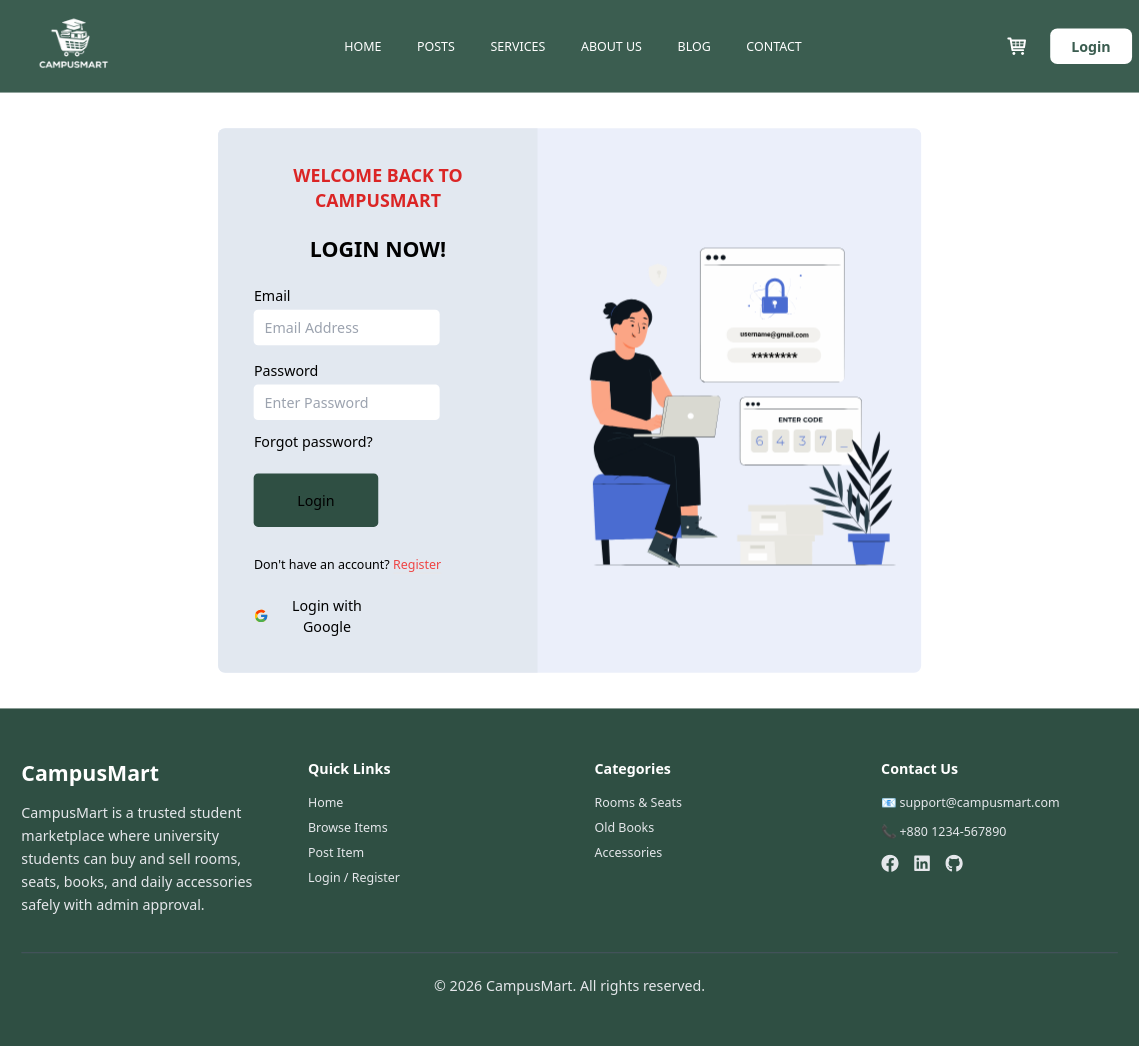
Repository: jahidhasanri/CAMPUSMART
Page: /login
The author's editor kept a copy of each file at every save. The page is drawn from the files as they stood at one save, then again after the next save.
The browser window is 1280 px wide. The pictures show the whole page, at 89% of full size.
The project was rebuilt for these pictures with package versions that can differ from the ones it lists, and the page was loaded fresh each time. Also part of the build but not shown: vite.config.js, src/components/Banner.jsx, src/Pages/Home.jsx, src/Pages/Register.jsx.

Above is the page before, as saved 2026-01-13 23:23:29.

### index.html
<!doctype html>
<html lang="en">
  <head>
    <meta charset="UTF-8" />
    <link rel="icon" type="image/svg+xml" href="/vite.svg" />
    <meta name="viewport" content="width=device-width, initial-scale=1.0" />
    <title>campusmart</title>
  </head>
  <body>
    <div id="root"></div>
    <script type="module" src="/src/main.jsx"></script>
  </body>
</html>

### src/main.jsx
import { StrictMode } from 'react'
import { createRoot } from 'react-dom/client'
import './index.css'
import { RouterProvider } from 'react-router-dom'
import Router from './router/Router.jsx'


createRoot(document.getElementById('root')).render(
  <StrictMode>
    <RouterProvider router={Router} />
  </StrictMode>,
)

### src/router/Router.jsx
import { createBrowserRouter } from "react-router-dom";
import Home from "../Pages/Home.jsx";
import Main from "../components/Main.jsx";
import Login from "../Pages/Login.jsx";
import Register from "../Pages/Register.jsx";


const Router = createBrowserRouter([
  {
    path: "/",
    element: <Main></Main>,
    children:[
        {
            index:true,
            element:<Home></Home>
        },
        {
          path:"/login",
          element:<Login></Login>
        },
        {
          path:"/register",
          element:<Register></Register>
        }
    ]
  },
]);

export default Router;

### src/components/Main.jsx
import React from 'react';
import { Outlet } from 'react-router-dom';
import Navbar from './Navbar';
import Footer from './Footer';

const Main = () => {
    return (
        <div className=''>
            <Navbar></Navbar>
            <div className="min-h-[calc(100vh-422px)]">

            <Outlet></Outlet>
            </div>
            <Footer></Footer>
        </div>
    );
};

export default Main;

### src/Pages/Login.jsx

import { FcGoogle } from 'react-icons/fc';
import { Link, } from 'react-router-dom';
// import { AuthContext } from '../Provider/AuthProvider';
// import { toast } from 'react-toastify';
// import axios from 'axios';
import loginAnimation from '../json/Login.json'
import Lottie from 'lottie-react';

const Login = () => {
//   const { handleLoginwithEmail,handleLoginWithGoogle } = useContext(AuthContext);
//   const navigate = useNavigate();
//   const location = useLocation();

//   const from = location.state?.from?.pathname || '/';

//   const handelLogin = (e) => {
//     e.preventDefault();
//     const email = e.target.email.value;
//     const password = e.target.password.value;
//     console.log(email,password);
//     handleLoginwithEmail(email, password)
//       .then((result) => {
//         if (result?.user) {
//           toast.success('Login successful!');
//           setTimeout(() => {
//             navigate(from, { replace: true });
//           }, 1000);
//         } else {
//           toast.error('Login failed: User not found!');
//         }
//       })
//       .catch((error) => {
//         console.error('Error:', error);
//         toast.error(`Login failed: ${error.message}`);
//       });
//   };

//   const handelLoginwithGoogle = ()=>{
//     handleLoginWithGoogle()
//    .then((result) => {
//       if ( result?.user?.photoURL) {
//         console.log(result?.user.photoURL);
//         toast.success('Login with Google successful!');
//         const userInfo = {
//           name: result?.user?.displayName,
//           email: result?.user?.email,
//           image: result?.user?.photoURL
//         };

//         axios.post("https://resturent-management-server-three.vercel.app/users", userInfo)
//           .then(res => {
//             console.log("User saved to DB:");
//           })
//           .catch(err => {
//             console.error("DB Save Error:", err);
//           });

//         setTimeout(() => {
//           navigate(from, { replace: true });
//         }, 1000);
//       } else {
//         toast.error('Google login failed!');
//       }
//     })
//     .catch((error) => {
//       console.error('Google Login Error:', error);
//       toast.error(`Google login failed: ${error.message}`);
//     });
//   }

  return (
   <div className="container mx-auto lg:w-8/12 my-10 px-4 sm:px-6 md:px-8">
  <div className="flex flex-col lg:flex-row xl:flex-row items-center gap-6 bg-[#ebeffa] rounded-lg overflow-hidden">

     {/* Form */}
    <div className="w-full lg:w-1/2 xl:w-1/2 p-4 sm:p-6 md:p-10 mr-3 bg-slate-200 flex flex-col justify-center">
      <h1 className="text-2xl sm:text-xl text-[#db2525] font-bold text-center mb-6">WELCOME BACK TO CAMPUSMART</h1>
      <h3 className="text-3xl sm:text-2xl font-bold text-center mb-6">LOGIN NOW!</h3>
      <form className="flex flex-col gap-4">
        <div className=" w-full">
          <div>
            <label className="label ">
            <span className="label-text font-medium mb-1">Email</span>
          </label>
          </div>
          <div>
            <input
            type="email"
            name="email"
            placeholder="Email Address"
            className="input input-bordered w-full h-10 mt-1 rounded-[5px] pl-3 lg:w-9/12 bg-white border-gray-300"
            required
          />
          </div>
        </div>

        <div className=" w-full">
          <div>
          <label className="label">
            <span className="label-text font-medium mb-1">Password</span>
          </label>
          </div>
          <div>
          <input
            type="password"
            name="password"
            placeholder="Enter Password"
            className="input input-bordered w-full h-10 mt-1 mb-3 rounded-[5px] pl-3 lg:w-9/12 bg-white border-gray-300 "
            required
          />
          </div>
          <label className="label">
            <Link to="/forgetpassword" className="label-text-alt link link-hover mt-2">
              Forgot password?
            </Link>
          </label>
        </div>

        <button className="btn bg-[#2f4f43] h-[60px] rounded-[5px] w-full mt-2 sm:w-3/4 md:w-2/3 lg:w-1/2 xl:w-1/2 ">Login</button>

        <p className=" mt-4 text-sm">
          Don't have an account?{' '}
          <Link to="/register" className="text-red-500 border-b-2">
            Register
          </Link>
        </p>
      </form>

      {/* Google Login */}
      <div className="mt-6 w-full flex ">
        <button
        //   onClick={handelLoginwithGoogle}
          className="btn btn-p flex items-center justify-center gap-2 w-full sm:w-3/4 md:w-2/3 lg:w-1/2 xl:w-1/2"
        >
          <FcGoogle size={20} /> <span>Login with Google</span>
        </button>
      </div>
    </div>

    {/* Image */}
   <div className="w-full lg:w-1/2 xl:w-1/2 flex justify-center items-center p-4">
          <Lottie animationData={loginAnimation} loop={true} style={{ width: 500, height: 400 }} />
        </div>


  </div>
</div>

  );
};

export default Login;

### src/components/Category.jsx
/* eslint-disable no-unused-vars */

import { motion } from "framer-motion";
import { FaHome, FaBook, FaShoppingBag } from "react-icons/fa";

const categories = [
  {
    title: "Rooms & Seats",
    desc: "Find or rent rooms and seats near your campus easily.",
    icon: <FaHome />,
  },
  {
    title: "Old Books",
    desc: "Buy and sell previous semester books at affordable prices.",
    icon: <FaBook />,
  },
  {
    title: "Accessories",
    desc: "Daily student essentials like bags, calculators, gadgets & more.",
    icon: <FaShoppingBag />,
  },
];

const fadeUp = {
  hidden: { opacity: 0, y: 60 },
  visible: {
    opacity: 1,
    y: 0,
    transition: {
      duration: 0.7,
      ease: "easeOut",
    },
  },
};

const Categories = () => {
  return (
    <section className="py-20 bg-[#f5f7f6]">
      <div className="max-w-[1300px] mx-auto px-6">

        {/* TITLE */}
        <motion.div
          variants={fadeUp}
          initial="hidden"
          whileInView="visible"
          viewport={{ once: true }}
          className="text-center mb-16"
        >
          <h2 className="text-3xl md:text-4xl font-bold text-gray-800 mb-4">
            Browse by Category
          </h2>
          <p className="text-gray-600 max-w-xl mx-auto">
            Explore categories specially designed for university students.
          </p>
        </motion.div>

        {/* CARDS */}
        <div className="grid grid-cols-1 md:grid-cols-2 lg:grid-cols-3 gap-10">
          {categories.map((item, index) => (
            <motion.div
              key={index}
              variants={fadeUp}
              initial="hidden"
              whileInView="visible"
              viewport={{ once: true }}
              transition={{ delay: index * 0.15 }}
              className="bg-white rounded-2xl p-8 shadow-md hover:shadow-lg transition-shadow duration-300"
            >
              <div className="text-4xl text-[#3b5d50] mb-6">
                {item.icon}
              </div>

              <h3 className="text-xl font-semibold text-gray-800 mb-3">
                {item.title}
              </h3>

              <p className="text-gray-600 text-sm leading-relaxed">
                {item.desc}
              </p>
            </motion.div>
          ))}
        </div>

      </div>
    </section>
  );
};

export default Categories;

### src/components/HowItWorks.jsx
/* eslint-disable no-unused-vars */
import { useState } from "react";
import { motion, AnimatePresence } from "framer-motion";
import { FaUserPlus, FaUpload, FaCheckCircle, FaHandshake, FaSearch, FaInfoCircle, FaPhone, FaShoppingCart } from "react-icons/fa";

const sellerSteps = [
  { id: 1, icon: <FaUserPlus />, title: "Register / Login", desc: "Create your student account to start selling rooms, books, or accessories." },
  { id: 2, icon: <FaUpload />, title: "Post Your Item", desc: "Add rooms, books, seats, or accessories for sale, submit for admin approval." },
  { id: 3, icon: <FaCheckCircle />, title: "Admin Approval", desc: "Admin reviews and approves your post before it goes live." },
  { id: 4, icon: <FaHandshake />, title: "Connect & Deal", desc: "Once approved, buyers can contact you to complete the transaction safely." },
];

const buyerSteps = [
  { id: 1, icon: <FaSearch />, title: "Browse Items", desc: "Explore available rooms, books, and accessories inside your campus." },
  { id: 2, icon: <FaInfoCircle />, title: "Check Details", desc: "See post info, price, location, and ensure it is admin approved." },
  { id: 3, icon: <FaPhone />, title: "Connect With Seller", desc: "Contact the seller safely to negotiate or ask questions." },
  { id: 4, icon: <FaShoppingCart />, title: "Buy / Rent", desc: "Complete the transaction and enjoy your new item." },
];

const fadeUp = {
  hidden: { opacity: 0, y: 60 },
  visible: { opacity: 1, y: 0, transition: { duration: 0.7, ease: "easeOut" } },
};

const HowItWorks = () => {
  const [activeTab, setActiveTab] = useState("seller");

  const steps = activeTab === "seller" ? sellerSteps : buyerSteps;

  return (
    <section className="py-20 bg-white">
      <div className="max-w-[1300px] mx-auto px-6">

        {/* SECTION TITLE + TAB */}
        <motion.div
          variants={fadeUp}
          initial="hidden"
          whileInView="visible"
          viewport={{ once: true }}
          className="text-center mb-12"
        >
          <h2 className="text-3xl md:text-4xl font-bold text-gray-800 mb-4">
            How CampusMart Works
          </h2>
          <p className="text-gray-600 max-w-xl mx-auto">
            Simple steps for both sellers and buyers inside your university community.
          </p>

          {/* Tabs */}
          <div className="flex justify-center gap-6 mt-6">
            <button
              className={`px-5 py-2 rounded-full font-semibold ${activeTab === "seller" ? "bg-[#3b5d50] text-white" : "bg-gray-200 text-gray-800"}`}
              onClick={() => setActiveTab("seller")}
            >
              Seller
            </button>
            <button
              className={`px-5 py-2 rounded-full font-semibold ${activeTab === "buyer" ? "bg-[#3b5d50] text-white" : "bg-gray-200 text-gray-800"}`}
              onClick={() => setActiveTab("buyer")}
            >
              Buyer
            </button>
          </div>
        </motion.div>

        {/* Steps Grid */}
        <div className="grid grid-cols-1 md:grid-cols-2 lg:grid-cols-4 gap-10">
          <AnimatePresence mode="wait">
            {steps.map((step, index) => (
              <motion.div
                key={step.id}
                variants={fadeUp}
                initial="hidden"
                whileInView="visible"
                exit={{ opacity: 0, y: 40, transition: { duration: 0.3 } }}
                viewport={{ once: true }}
                transition={{ delay: index * 0.15 }}
                className="bg-[#f5f7f6] p-8 rounded-2xl shadow-md hover:shadow-lg transition-shadow duration-300 text-center"
              >
                <div className="text-5xl text-[#3b5d50] mb-6">{step.icon}</div>
                <h3 className="text-xl font-semibold text-gray-800 mb-3">{step.title}</h3>
                <p className="text-gray-600 text-sm leading-relaxed">{step.desc}</p>
              </motion.div>
            ))}
          </AnimatePresence>
        </div>
      </div>
    </section>
  );
};

export default HowItWorks;

### src/components/Navbar.jsx

import { useState } from "react";
import { Link } from "react-router-dom";
import { TiShoppingCart } from "react-icons/ti";
import { HiMenuAlt3, HiX } from "react-icons/hi";

const Navbar = () => {
  const [menuOpen, setMenuOpen] = useState(false);

  const navLinks = [
    { name: "HOME", path: "/" },
    { name: "POSTS", path: "/products" },
    { name: "SERVICES", path: "/services" },
    { name: "ABOUT US", path: "/about" },
    { name: "BLOG", path: "/blog" },
    { name: "CONTACT", path: "/contact" },
  ];

  return (
    <header className="bg-[#3b5d50] text-white">
      <div className="max-w-[1300px]  mx-auto px-2 py-5">
        <div className="flex items-center justify-between h-16">

          {/* Logo */}
         <Link href={'/'}>
          <img src="/images/campu_logo-removebg-preview.png" className="w-[150px] h-26" alt="Green Nest Logo" />
         </Link>

          {/* Desktop Menu (lg only) */}
          <ul className="hidden lg:flex gap-10 font-normal text-sm">
            {navLinks.map((link) => {
              return (
                <li key={link.path}>
                  <Link
                    href={link.path}
                    className={`pb-1 transition-all duration-300`}
                  >
                    {link.name}
                  </Link>
                </li>
              );
            })}
          </ul>

          {/* Cart + Login (md and up) */}
          <Link href={'/login'} className="hidden md:flex items-center gap-6">
            <TiShoppingCart
              size={26}
              className="cursor-pointer hover:text-[#5a8139]"
            />
            <Link to={'/login'} className="bg-white text-[#3b5d50] px-6 py-2 rounded-lg font-semibold hover:bg-gray-200 transition">
                Login
              </Link>
          </Link>

          {/* Hamburger (md & sm only) */}
          <div className="lg:hidden">
            <button onClick={() => setMenuOpen(!menuOpen)}>
              {menuOpen ? <HiX size={28} /> : <HiMenuAlt3 size={28} />}
            </button>
          </div>
        </div>

        {/* Mobile + Tablet Menu */}
        {menuOpen && (
          <div className="lg:hidden mt-4">
            <ul className="flex flex-col gap-4 font-medium">
              {navLinks.map((link) => {
                return (
                  <li key={link.path}>
                    <Link
                      href={link.path}
                      onClick={() => setMenuOpen(false)}
                      className={`block pb-1`}
                    >
                      {link.name}
                    </Link>
                  </li>
                );
              })}
            </ul>

                <Link href={'/login'} className=" md:hidden items-center gap-6">
            <TiShoppingCart
              size={26}
              className="cursor-pointer mb-5 mt-5 hover:text-[#5a8139]"
            />
            <button className="bg-[#5a8139] mb-5 hover:bg-[#5b8139d7] px-4 py-1.5 cursor-pointer rounded">
              Login
            </button>
          </Link>

          </div>
        )}
      </div>
    </header>
  );
};

export default Navbar;

### src/components/Footer.jsx
import { FaFacebook, FaLinkedin, FaGithub } from "react-icons/fa";

const Footer = () => {
  return (
    <footer className="bg-[#2f4f43] text-gray-200">
      <div className="max-w-[1300px] mx-auto px-6 py-14">
        <div className=" grid grid-cols-1 md:grid-cols-2 lg:grid-cols-4 gap-14">

          {/* BRAND */}
          <div className="">
            <h2 className="text-2xl font-bold text-white mb-4">
              CampusMart
            </h2>
            <p className="text-[16px] leading-relaxed">
              CampusMart is a trusted student marketplace where university
              students can buy and sell rooms, seats, books, and daily
              accessories safely with admin approval.
            </p>
          </div>

          {/* QUICK LINKS */}
          <div>
            <h3 className="text-[16px] font-semibold text-white mb-4">
              Quick Links
            </h3>
            <ul className="space-y-2 text-sm">
              <li className="hover:text-white cursor-pointer">Home</li>
              <li className="hover:text-white cursor-pointer">Browse Items</li>
              <li className="hover:text-white cursor-pointer">Post Item</li>
              <li className="hover:text-white cursor-pointer">Login / Register</li>
            </ul>
          </div>

          {/* CATEGORIES */}
          <div>
            <h3 className="text-[16px] font-semibold text-white mb-4">
              Categories
            </h3>
            <ul className="space-y-2 text-sm">
              <li className="hover:text-white cursor-pointer">Rooms & Seats</li>
              <li className="hover:text-white cursor-pointer">Old Books</li>
              <li className="hover:text-white cursor-pointer">Accessories</li>
            </ul>
          </div>

          {/* CONTACT */}
          <div>
            <h3 className="text-[16px] font-semibold text-white mb-4">
              Contact Us
            </h3>
            <p className="text-sm mb-3">📧 support@campusmart.com</p>
            <p className="text-sm mb-4">📞 +880 1234-567890</p>

            <div className="flex gap-4 text-xl">
              <FaFacebook className="hover:text-white cursor-pointer" />
              <FaLinkedin className="hover:text-white cursor-pointer" />
              <FaGithub className="hover:text-white cursor-pointer" />
            </div>
          </div>

        </div>

        {/* BOTTOM */}
        <div className="border-t border-gray-600 mt-10 pt-6 text-center text-[16px]">
          © {new Date().getFullYear()} CampusMart. All rights reserved.
        </div>
      </div>
    </footer>
  );
};

export default Footer;

Loaded but not shown: src/index.css (common file); src/json/Login.json (common file); tailwind.config.js (common file)

After the next save:
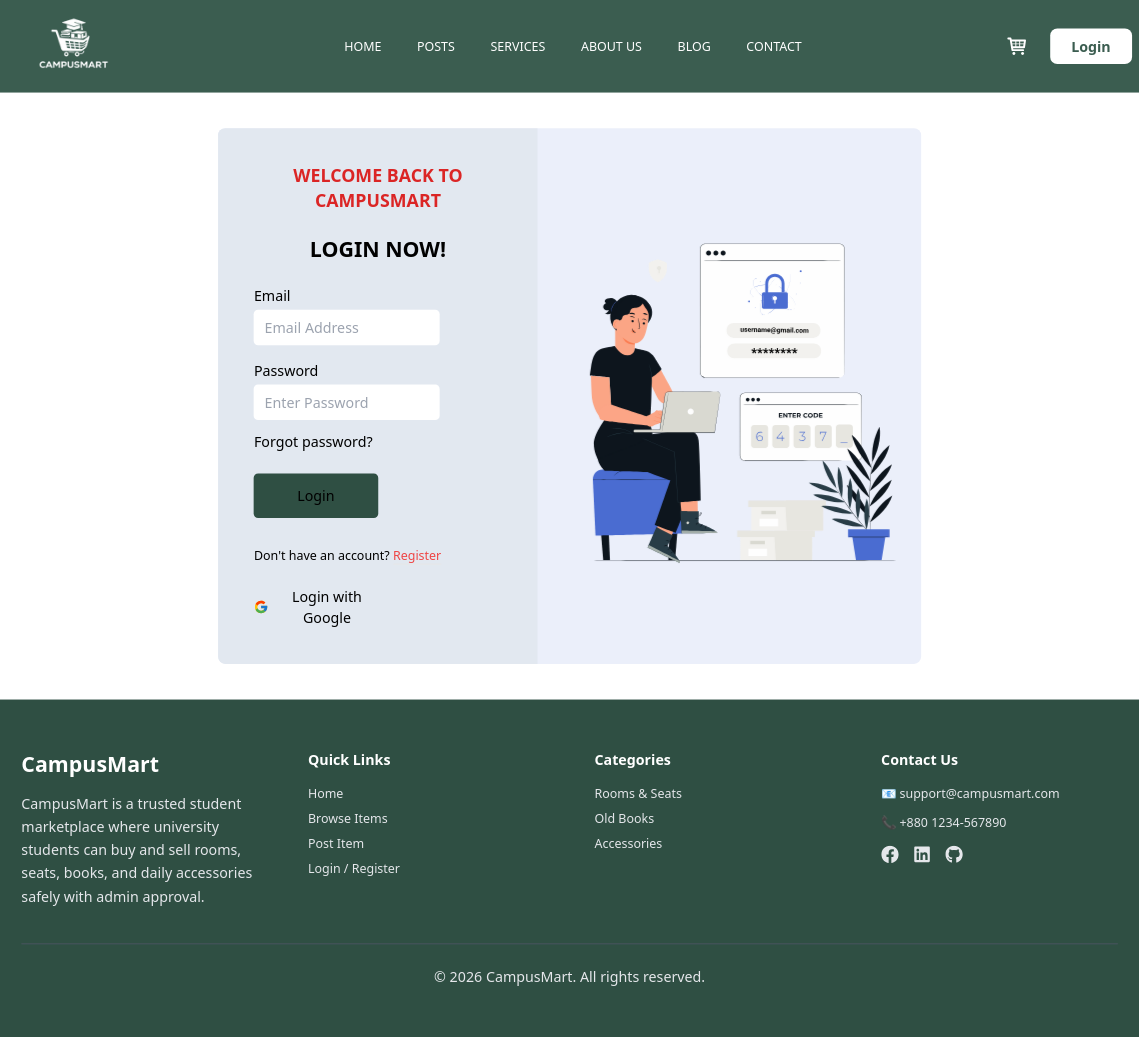
Saved 12 s later.
--- a/src/Pages/Login.jsx
+++ b/src/Pages/Login.jsx
@@ -117,7 +117,7 @@
           </label>
         </div>
 
-        <button className="btn bg-[#2f4f43] h-[60px] rounded-[5px] w-full mt-2 sm:w-3/4 md:w-2/3 lg:w-1/2 xl:w-1/2 ">Login</button>
+        <button className="btn bg-[#2f4f43] h-[50px] rounded-[5px] w-full mt-2 sm:w-3/4 md:w-2/3 lg:w-1/2 xl:w-1/2 ">Login</button>
 
         <p className=" mt-4 text-sm">
           Don't have an account?{' '}
